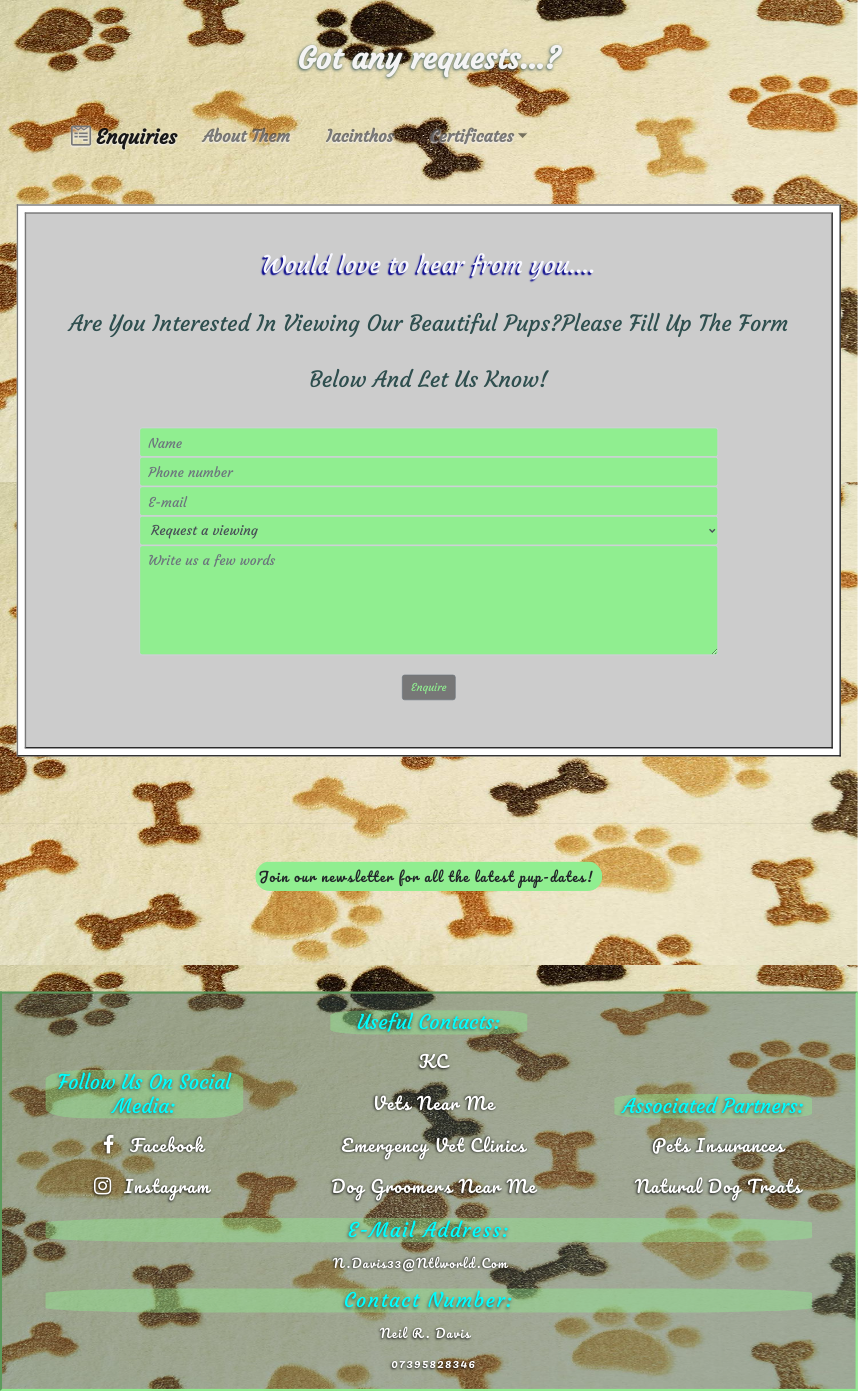
Repository: Code-Institute-Submissions/GeorgiosSklav-Iacinthos-blog
Page: request-form.html
The author's editor kept a record of every edit. The page is drawn from the files as they stood at one moment, then again after the next edit.
The browser window is 1280 px wide. The pictures show the whole page, at 67% of full size.
Backgrounds fixed to the window are drawn as part of the page.

Above is the page before.

### request-form.html
<!DOCTYPE html>
<html lang="en">

<head>
    <meta charset="UTF-8">
    <meta name="viewport" content="width=device-width, initial-scale=1.0">
    <meta http-equiv="X-UA-Compatible" content="ie=edge">
    <link rel="stylesheet" href="https://stackpath.bootstrapcdn.com/bootstrap/4.3.1/css/bootstrap.min.css " integrity="sha384-ggOyR0iXCbMQv3Xipma34MD+dH/1fQ784/j6cY/iJTQUOhcWr7x9JvoRxT2MZw1T " crossorigin="anonymous">
    <title>Iacinthos mini Poodles</title>
    <link rel="stylesheet" href="https://stackpath.bootstrapcdn.com/font-awesome/4.7.0/css/font-awesome.min.css" integrity="sha384-wvfXpqpZZVQGK6TAh5PVlGOfQNHSoD2xbE+QkPxCAFlNEevoEH3Sl0sibVcOQVnN" crossorigin="anonymous">
    <link rel="stylesheet" href="style.css" type="text/css" />
</head>

<body>

    <!--Header-->

    <header class="container">
        <div class="row align-items-start homepage">
            <div class="col-12 logo">
                <h1>Got any requests...?</h1>
            </div>
        </div>
        <nav class="navbar navbar-light navbar-expand-sm">
            <div class="navbar-brand"><i class="fa fa-wpforms"></i>Enquiries</div>
            <button class="navbar-toggler ml-auto" type="button" data-toggle="collapse" data-target="#navbarNavDropdown" aria-controls="navbarNavDropdown">
            <span class="navbar-toggler-icon"></span></button>
            <div class="collapse navbar-collapse" id="navbarNavDropdown">
                <ul class="navbar-nav mt-auto mt-2 mt-lg-0">
                    <li class="nav-item item2 mr-2"><a class="nav-link" href="about-them.html">About Them</a></li>
                    <li class="nav-item mr-2"><a class="nav-link" href="index.html">Iacinthos</a></li>
                    <li class="nav-item dropdown">
                        <div class="nav-link dropdown-toggle" id="navbarDropdownMenuLink" role="button" data-toggle="dropdown" aria-haspopup="true" aria-expanded="false">
                            Certificates</div>
                        <div class="dropdown-menu" aria-labelledby="navbarDropdownMenuLink">
                            <a class="dropdown-item" target="_blank" href="./Media/certificate.pdf"><i class="fa fa-download"></i>Kennel Club</a>
                            <a class="dropdown-item" target="_blank" href="./Media/lineage1.pdf"><i class="fa fa-download"></i>Blood-Lineage</a>
                        </div>
                    </li>
                </ul>
            </div>
        </nav>
    </header>

    <!--main-body-->

    <main>
        <div class="jumbotron-fluid about" id="frame">
            <div class="background-overlay">
                <section class="container-fluid">
                    <div class="row about">
                        <div class="col">
                            <h3 class="about-title contact-heading text-center">Would love to hear from you....</h3>
                            <p class="contact capitalise">Are you interested in viewing our beautiful pups?Please fill up the form below and let us know!</p>
                            <div class="center-form">
                                <form>
                                    <input type="text" name="name" id="fullname" class="form-control" placeholder="Name" required/>
                                    <input type="text" name="number" id="number" class="form-control" placeholder="Phone number" required/>
                                    <input type="email" name="email" id="emailaddress" class="form-control" placeholder="E-mail" required/>
                                    <select class="form-control control">
                                    <option>Request a viewing</option>
                                    <option>Litter enquiries</option>
                                    <option>Other</option>
                                    </select>
                                    <textarea rows="5" name="projectsummary" id="projectsummary" class="form-control" placeholder="Write us a few words" required></textarea>
                                    <div class="form-row text-center">
                                        <div class="col">
                                            <button type="submit" class="btn btn-secondary">Enquire</button>
                                        </div>
                                    </div>
                                </form>
                            </div>
                        </div>
                    </div>
                </section>
            </div>
        </div>
        <hr>

        <!--Modal-->

        <button type="button" class="btn btn-color" data-toggle="modal" data-target="#exampleModal">
  Join our newsletter for all the latest pup-dates!
</button>
        <div class="modal fade" id="exampleModal" tabindex="-1" role="dialog" aria-labelledby="exampleModalLabel" aria-hidden="true">
            <div class="modal-dialog" role="document">
                <div class="modal-content">
                    <div class="modal-header">
                        <h5 class="modal-title" id="exampleModalLabel">Join our family with a flick of your paw!</h5>
                        <button type="button" class="close" data-dismiss="modal" aria-label="Close">
                     <span aria-hidden="true">&times;</span>
        </button>
                    </div>
                    <div class="modal-body">
                        <form class="modal-newsletter">
                            <div class="form-group ">
                                <input type="email" class="form-control" id="InputEmail2" aria-describedby="InputEmail2" placeholder="Your Woof-mail....">
                            </div>
                            <div class="form-group">
                                <input type="password" class="form-control" id="InputPassword2" placeholder="....and a Woof-password">
                            </div>
                            <div class="form-group form-check">
                                <input type="checkbox" class="form-check-input" id="Check1">
                                <label class="form-check-label" for="Check1">Remember me</label>
                            </div>
                        </form>
                    </div>
                    <div class="modal-footer">
                        <button type="button" class="btn btn-danger" data-dismiss="modal">Close</button>
                        <button type="button" class="btn btn-info">Subscribe</button>
                    </div>
                </div>
            </div>
        </div>
    </main>

    <!--footer-->

    <footer class="container-fluid footer">
        <div class="row align-items-end">
            <div class="col-12 col-md-3 col-lg-3">
                <h4 class="social-title capitalise">Follow us on social media:</h4>
                <ul class="social-links">
                    <li>
                        <a target="_blank" href="https://www.facebook.com/neil.davis.9862">
                            <i class="fa fa-facebook"></i>
                            <span>Facebook</span>
                        </a>
                    </li>
                    <li>
                        <a target="_blank" href="https://instagram.com/neilr.davis?igshid=wmi0mqp5d2se">
                            <i class="fa fa-instagram"></i>
                            <span>Instagram</span>
                        </a>
                    </li>
                </ul>
            </div>
            <div class="col-12 col-md-3 col-lg-3">
                <h4 class="social-title capitalise">Useful contacts:</h4>
                <ul class="social-links">
                    <li>
                        <a target="_blank" href="https://www.thekennelclub.org.uk/">
                            <span class="capitalise">KC</span>
                        </a>
                    </li>
                    <li>
                        <a target="_blank" href="https://www.google.com/search?q=vet+near+me&oq=vet+near&aqs=chrome.0.0j69i57j0l4.4119j0j7&sourceid=chrome&ie=UTF-8">
                            <span class="capitalise">Vets near me</span>
                        </a>
                    </li>
                    <li>
                        <a target="_blank" href="https://www.google.com/search?q=emergency+vet+clinic+near+me&oq=emergency+vet&aqs=chrome.4.69i57j0l5.15430j0j7&sourceid=chrome&ie=UTF-8">
                            <span class="capitalise">Emergency vet clinics</span>
                        </a>
                    </li>
                    <li>
                        <a target="_blank" href="https://www.google.com/search?q=dog+groomer+near+me&oq=dog+groomer&aqs=chrome.1.69i57j0l5.4790j0j7&sourceid=chrome&ie=UTF-8">
                            <span class="capitalise">Dog groomers near me</span>
                        </a>
                    </li>
                </ul>
            </div>
            <div class="col-12 col-md-3 col-lg-3">
                <h4 class="social-title capitalise">Associated partners:</h4>
                <ul class="social-links">
                    <li>
                        <a target="_blank" href="https://www.google.com/search?q=pet+insurance+near+me&oq=pet+ins&aqs=chrome.2.0j69i57j0l4.6094j0j7&sourceid=chrome&ie=UTF-8">
                            <span class="capitalise">pets insurances</span>
                        </a>
                    </li>
                    <li>
                        <a target="_blank" href="https://www.doglistener.co.uk/catalog/natural-dog-treats-0">
                            <span class="capitalise">natural dog treats</span>
                        </a>
                    </li>
                </ul>
            </div>
            <div class="col-12 col-md-3 col-lg-3 contacts">
                <h4 class="social-title capitalise">e-mail address:</h4>
                <p class="capitalise social-links">
                    n.davis33@ntlworld.com
                </p>
                <h4 class="social-title capitalise">Contact number:</h4>
                <ul class="social-links">
                    <li class="social-links capitalise">
                        neil r. davis
                    </li>
                    <li class="capitalise">
                        07395828346
                    </li>
                </ul>
            </div>
        </div>
    </footer>

    <script src="https://code.jquery.com/jquery-3.3.1.slim.min.js" integrity="sha384-q8i/X+965DzO0rT7abK41JStQIAqVgRVzpbzo5smXKp4YfRvH+8abtTE1Pi6jizo" crossorigin="anonymous"></script>
    <script src="https://cdnjs.cloudflare.com/ajax/libs/popper.js/1.14.7/umd/popper.min.js" integrity="sha384-UO2eT0CpHqdSJQ6hJty5KVphtPhzWj9WO1clHTMGa3JDZwrnQq4sF86dIHNDz0W1" crossorigin="anonymous"></script>
    <script src="https://stackpath.bootstrapcdn.com/bootstrap/4.3.1/js/bootstrap.min.js" integrity="sha384-JjSmVgyd0p3pXB1rRibZUAYoIIy6OrQ6VrjIEaFf/nJGzIxFDsf4x0xIM+B07jRM" crossorigin="anonymous"></script>
</body>

</html>

### style.css
@import url('https://fonts.googleapis.com/css?family=Courgette:100,200,300,400,500,600,700|Pacifico:100,200,300,400,500,600,700');

/*------------------------------------------------body background*/

body {
    background-image: url("./Media/photos/footprints.jpg");
    background-size: 100%;
    background-attachment: fixed;
    line-height: 2.5;
    text-align: center;

}

.background-overlay {
    position: relative;
    height: 100%;
    width: 100%;
    padding: 0;
    background-color: rgba(0, 0, 0, 0.2);
    border: 2px outset #777;
}

h1 {
    font-family: "Courgette", sans-serif;
    font-weight: 700;
    font-size: 45px;
    color: #f4f4f4;
    text-shadow: -1px 2px 5px #2f4f4f;
    margin-top: 35px;
    margin-bottom: 5px;
    padding-top: 25px;
}

.heading {
    margin: 25px;
}

.capitalise {
    text-transform: capitalize;
}

/*------------------------------------------------Navbar*/

.navbar {
    word-wrap: normal;
    margin-top: 35px;
    margin-bottom: 50px;
}

.navbar-light {
    font-family: 'Courgette', sans-serif;
    font-weight: 600;
    font-size: 25px;
    text-shadow: 0px 2px 3px #f8f8ff;
}

.nav-link {
    margin-right: 15px;
    margin-left: 15px;
        /*color: #00008b;*/color: #00ffff;

}

.nav-link:hover {
    background-color: #90ee90;
    border-radius: 50%;
}

.dropdown-menu {
    background-color: #90ee90;
    font-weight: 600;
    font-size: 20px;
    border-radius: 10%;
    margin: 0;
    padding: 2px;
}

.dropdown-menu ul li:hover {
    background-color: #777;
}

.ml-auto {
    background-color: #90ee90;
}

.navbar i {
    font-size: 35px;
    padding-top: 0;
    padding-bottom: 5px;
    padding-right: 2px;
    margin: 5px;
    color: #777;
}

.navbar-brand {
    font-size: 30px;

}

.navbar-brand:hover {
    background-color: #90ee90;
    border-radius: 50%;
}

.fa-download {
    margin-right: 2px;
    margin-left: 2px;
}

.fa-download:hover {
    color: #90ee90;
}

/*------------------------------------------Media queries*/

@media (max-width: 300px) {
    .ml-auto:hover {
        background-color: #777;
    }
    .dropdown-item:hover {
        background-color: #777;

    }
    #navbarNavDropdown {
        background-color: #90ee90;
    }

    #navbarNavDropdown ul li:hover {
        background-color: #90ee90;
    }
    .social-links,
    .social-title {
        font-size: 30px;
    }
}

@media (max-width: 3800px) {
    .dropdown-menu {
        background-color: #90ee90;
        color: #777;
    }
    .dropdown-item:hover {
        background-color: #777;
        color: #90ee90;
    }

    .col-lg-3 {
        flex: 30%;
        max-width: 100%;
    }
}

/*------------------------------------------------Homepage*/

.homepage a {
    text-decoration: none;
    height: 100%;
}

.introduction {
    height: 90%;
    width: 90%;
}

.img-10 {
    float: left;
    width: 15%;
    border-radius: 50%;
    border: groove #777;
}

.img-20 {
    float: right;
    width: 20%;
    border-radius: 50%;
    border: groove #777;
    margin: 2px;
}

.img-30 {
    float: left;
    width: 30%;
    border: groove #777;
    margin: 2px;
}

.img-50 {
    margin-left: 25px;
    margin-bottom: 20px;
    width: 100%;
    float: none;
    border-style: groove;
    border-radius: 50%;
}

/*--------------------------------------------texts,p*/

.container-title {
    text-align: center;
    margin: 35px;
    font-family: "Courgette", sans-serif;
    color: #00ffff;
    text-shadow: -1px 2px 5px #2f4f4f;
}

.container-title i {
    font-size: 30px;
    padding: 15px;
    margin: 15px;
}

.dog-name {
    font-family: "Courgette", sans-serif;
    font-weight: 700;
    font-size: 32px;
    margin-left: 25px;
    text-shadow: -1px 2px 1px #191970;
}

/*----------------------------------------about us section*/

.about {
    margin: 25px;
    font-family: "Courgette", sans-serif;
    font-size: 33px;
    color: #2f4f4f;
}

.about .about-title {
    color: #f8f8ff;
    text-shadow: -3px 2px 2px #00008b;
    font-size: 36px;
    padding: 5px 2px;
}

#frame {
    border: 2px outset #777;
    font-size: 33px;
    margin-top: 45px;
    margin-bottom: 100px;
    padding: 10px;
    font-weight: 200;
    background-color: #fff;
}

/*----------------------------------------newsletter button*/

.btn-color {
    background-color: #90ee90;
    font-family: "Pacifico", sans-serif;
    font-size: 20px;
    letter-spacing: 2px;
    margin: 40px 25px 150px;
    padding-left: 4px;
    border-radius: 50px;
}

.btn-color:hover {
    color: #90ee90;
    background-color: #777;
}

/*----------------------------------------Modal styling*/

.modal-title {
    font-family: "Pacifico", sans-serif;
    font-size: 25px;
    margin: 10px 5px;
}

.modal-content {
    background-color: #90ee90;
    text-shadow: -3px 2px 0.5px #ffefd5;
    color: #777;
}

.modal-footer .btn-danger,
.btn-info {
    margin-right: 20px;
}

.modal-body {
    padding: 0 15px 0 15px;
    top: 5px;
    bottom: 0;
    margin-top: 10px;
}


/*----------------------------------------footer*/

.footer {
    border: 3px inset #90ee90;
    background-color: rgba(47,79,79, .4);
    padding-top: 25px;
    margin: 0px 5px 0px 0px;
    text-align: center;
}

.contacts .social-title {
    font-family: "Courgette", sans-serif;
    font-size: 30px;
    font-weight: 400;
    letter-spacing: 2px;
   /* color: #9400d3;*/
   color: #00ffff;
    text-shadow: -1px 2px 5px #2f4f4f;
}


.social-links {
    list-style: none;
    padding-right: 25px;
    font-family: "Pacifico", sans-serif;
    color: #fff;
    font-size: 18px;
    font-weight: 300;
    letter-spacing: 2px;
    text-shadow: -1px 1px 4px #000;
}

.social-links li a {
    text-decoration: none;
    font-family: "Pacifico", sans-serif;
    font-size: 25px;
    font-weight: 400;
    letter-spacing: 2px;
    color: /*#008000*/
    #fff;
    text-shadow: -1px 1px 4px #000;
    /*text-shadow: 1px 2px 1px #c0c0c0;*/

}

.social-links li a:hover {
    background-color: #777;
    color: #90ee90;
    border-radius: 30%;
}

.social-links li i {
    font-size: 30px;
    height: 45px;
    width: 45px;
}

.social-title {
    word-break: keep-all;
    margin-left: 50px;
    margin-right: 50px;
    font-size: 30px;
    font-family: "Courgette", sans-serif;
    border-radius: 20%;
    color: #00ffff;
    text-shadow: -1px 2px 5px #2f4f4f;
    background-color: rgba(144, 238, 144, 0.4);
    /*color: #9400d3;*/
}

.contact-heading {
    font-family: "Courgette", sans-serif;
    font-weight: 300;
    margin-top: 25px;
    margin-bottom: 20px;
}

.form-control {
    font-size: 20px;
    background-color: #90ee90;
}

.control {
    background-color: #90ee90;
}

.center-form {
    padding: 15px 5px 10px;
    margin: 15px auto;
    max-width: 80%;
}

button[type="submit"] {
    margin-bottom: 20px;
    margin-top: 13px;
    color: #90ee90;
    background-color: #777;
}

button[type="submit"]:hover {
    background-color: #90ee90;
    color: #777;
}

After the next edit:
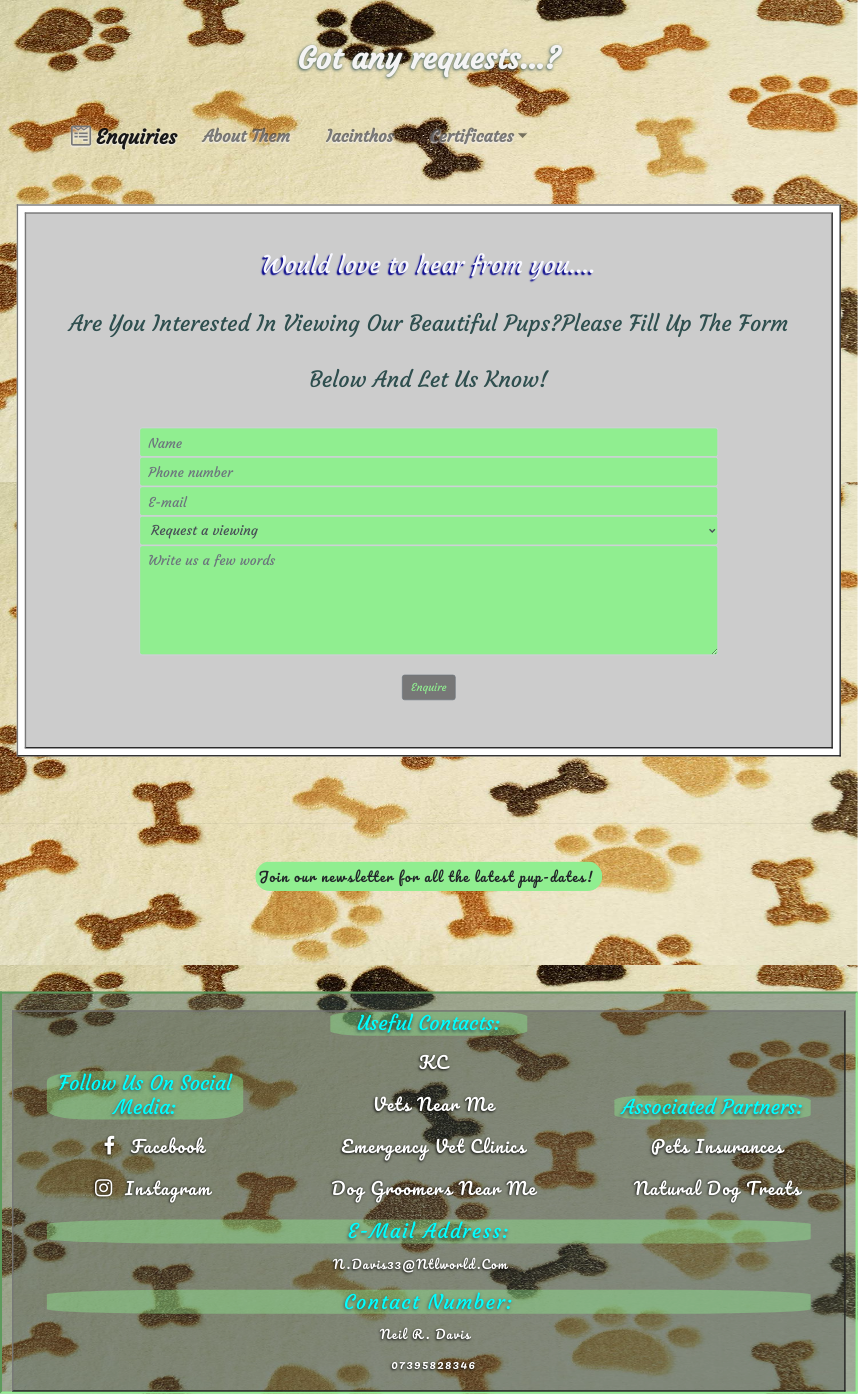
The edit:
--- a/request-form.html
+++ b/request-form.html
@@ -117,6 +117,7 @@
     <!--footer-->
 
     <footer class="container-fluid footer">
+        <div class="background-overlay">
         <div class="row align-items-end">
             <div class="col-12 col-md-3 col-lg-3">
                 <h4 class="social-title capitalise">Follow us on social media:</h4>
